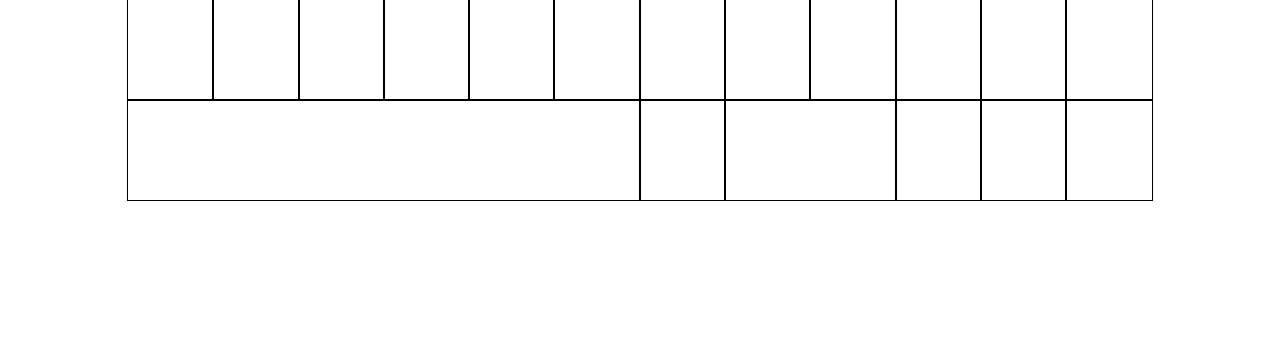
Repository: motiejus1/04-paskaita-praktine-uzduotis
Page: 2uzduotis.html
An editor plug-in stored every save of this project. The page is shown before and after a run of saves, followed by the edit.
The browser window is 1280 px wide. The pictures show the whole page.

Above is the page before, as saved 2021-06-05 15:02:53.

After the next 3 saves:
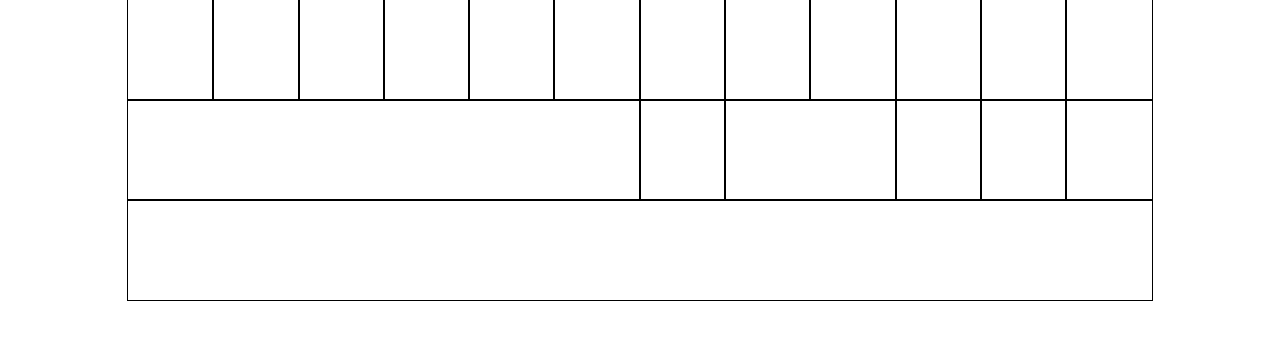
The 3 saves are shown as one change because they came seconds apart.
The last was saved 96 s later.
--- a/2uzduotis.html
+++ b/2uzduotis.html
@@ -60,5 +60,9 @@
         <div></div>
         <div></div>
     </div>
+
+    <div class="eilute">
+
+    </div>
 </body>
 </html>
